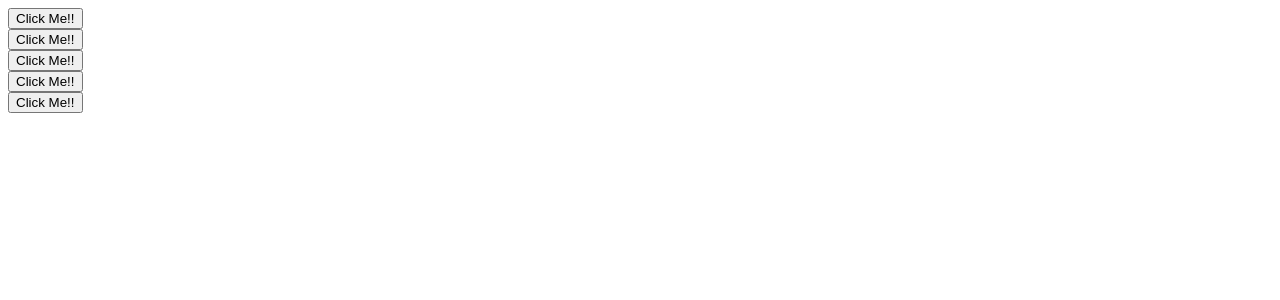
Repository: stavan30/components
Page: /
An editor plug-in stored every save of this project. The page is shown before and after the next save, followed by the edit.
The browser window is 1280 px wide. The pictures show the whole page.
The project was rebuilt for these pictures with package versions that can differ from the ones it lists, and the page was loaded fresh each time.

Above is the page before, as saved 2024-03-11 16:50:14.

### src/index.js
import React from "react";
import ReactDOM from 'react-dom/client'
import App from './App'

const el = document.getElementById('root')
const root = ReactDOM.createRoot(el)

root.render(<App/>)

### src/App.js
import React from 'react'
import Button from './Button'

const App = () => {
  return (
    <div>
        <div>
            <Button>Clicke Me</Button>
        </div>
        <div>
            <Button>Buy Now</Button>
        </div>
        <div>
            <Button>Alert</Button>
        </div>
        <div>
            <Button>Sign Up</Button>
        </div>
        <div>
            <Button>Stavan</Button>
        </div>
    </div>
  )
}

export default App

### src/Button.js
import React from 'react'

const Button = () => {
  return (
    <button>Click Me!!</button>
  )
}

export default Button

Loaded but not shown: public/index.html (common file)

After the next save:
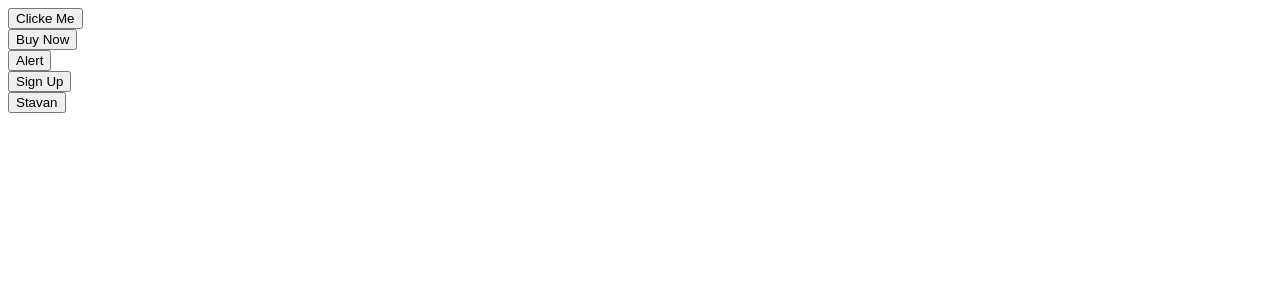
Saved 46 min 51 s later.
--- a/src/Button.js
+++ b/src/Button.js
@@ -1,9 +1,35 @@
 import React from 'react'
 
-const Button = () => {
+const Button = ({
+    children,
+    primary,
+    secondary,
+    success,
+    warning,
+    danger,
+    outline,
+    rounded
+}) => {
   return (
-    <button>Click Me!!</button>
+    <button>{children}</button>
   )
 }
 
+Button.prototype = {
+    checkVariationValue: ( {primary, secondary, success, warning, danger} )=>{
+        const count =
+            Number(!!primary) +
+            Number(!!secondary) +
+            Number(!!success) +
+            Number(!!warning) +
+            Number(!!danger);
+
+            if (count > 1) {
+                return new Error("Error")
+            }
+    }
+
+    }
+
+
 export default Button
